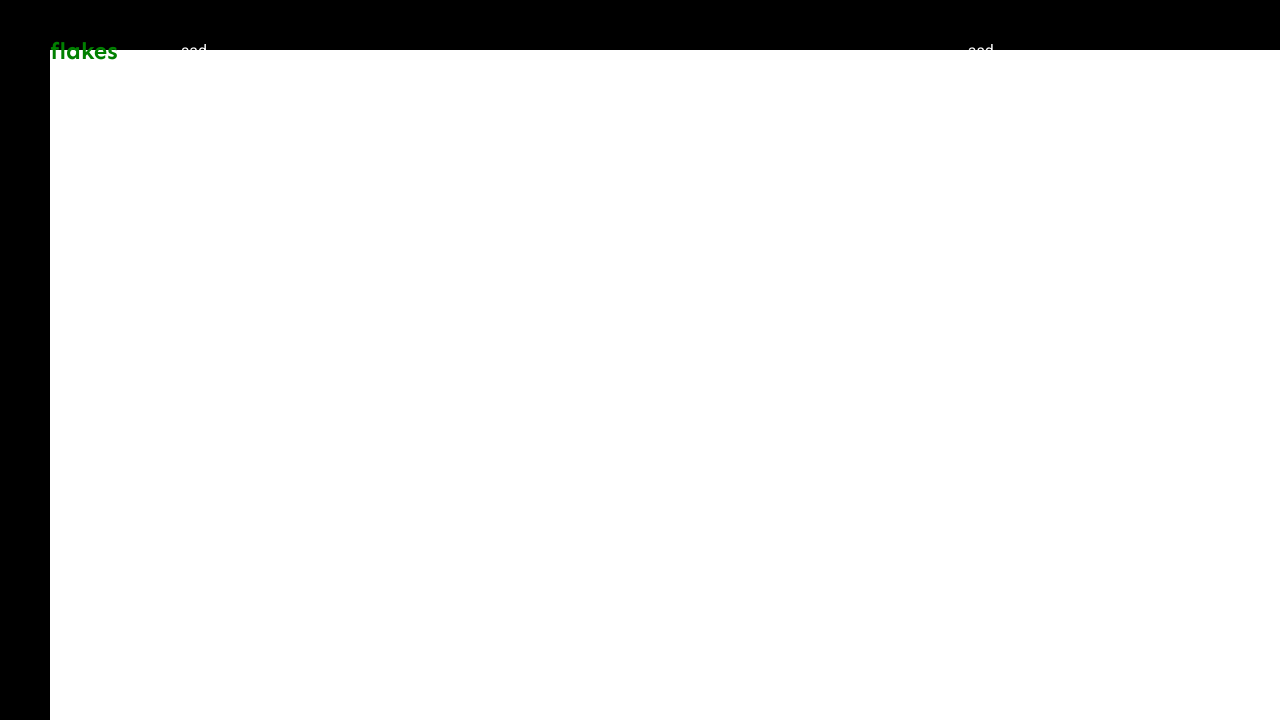
Repository: JulyK9/Movie-Website
Page: index.html
These files come from the project's save history. The page is drawn as it stood at one moment and after the next save; the edit follows.
The browser window is 1280 px wide. The pictures show the whole page.

Above is the page before, as saved 2022-07-03 00:42:03.

After the next save:
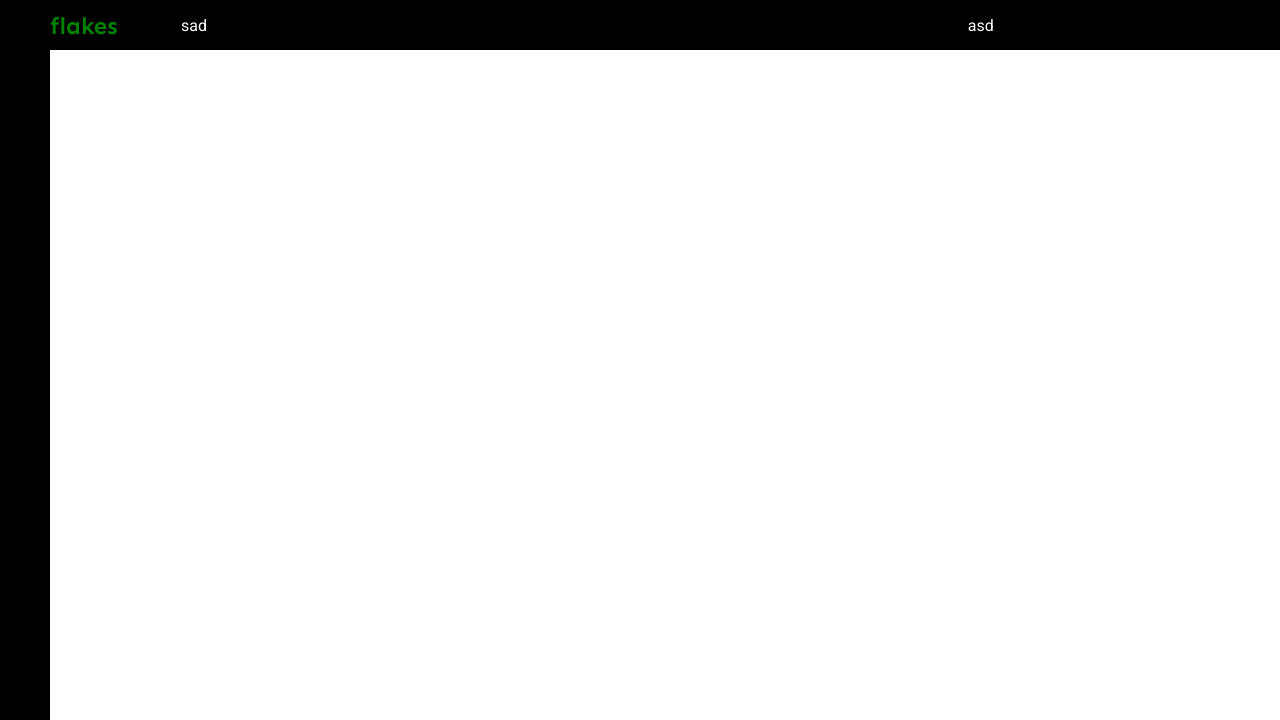
Saved 11 s later.
--- a/style.css
+++ b/style.css
@@ -17,7 +17,7 @@
 .navbar-container {
     display: flex;
     align-items: center;
-    padding: 50px;
+    padding: 0 50px;
     color: white;
     height: 100%;
 }
